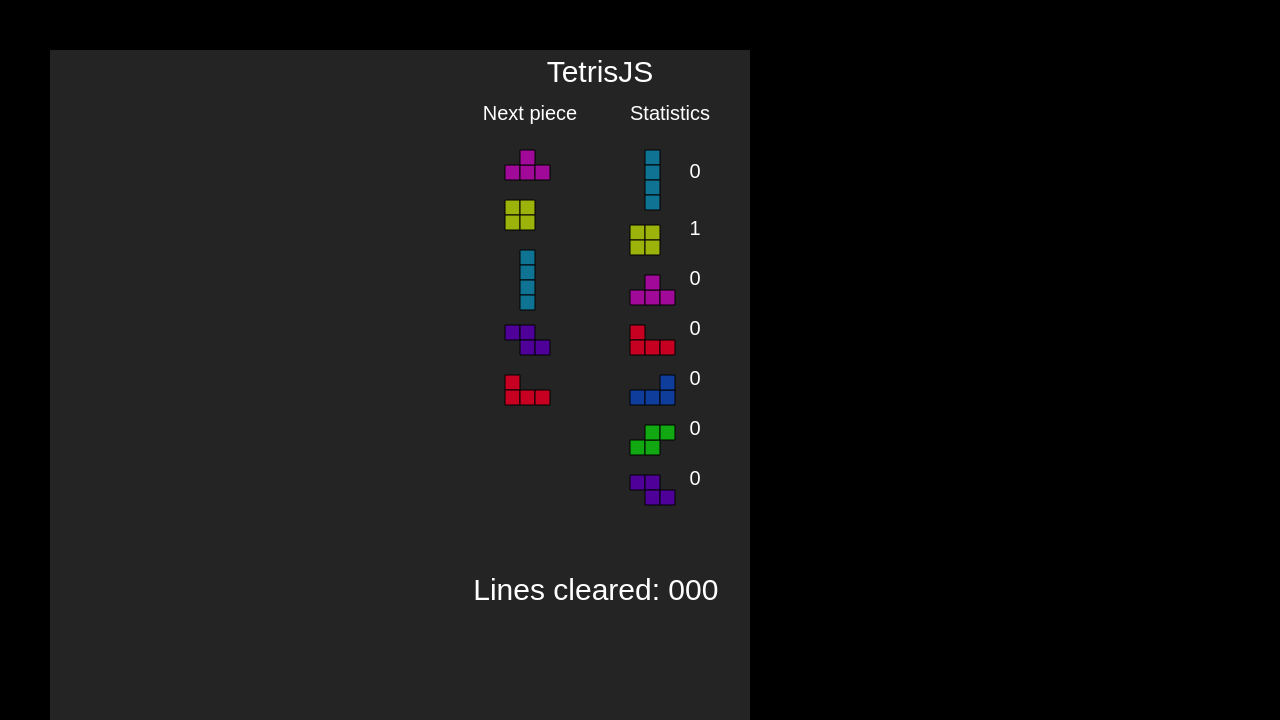
Repository: hosua/TetrisJS
Page: index.html
These files come from the project's save history. The page is drawn as it stood at one moment and after the next save; the edit follows.
The browser window is 1280 px wide. The pictures show the whole page.

Above is the page before, as saved 2023-11-07 20:09:24.
Console error: TypeError: Cannot read properties of undefined (reading 'toString')

### index.html
<html lang="en">
	<link rel="stylesheet" href="style.css">
	<head>
		<meta charset="UTF-8" />
		<meta name="viewport" content="width=device-width, initial-scale=1.0" />
		<title>TetrisJS</title>
	</head>
	<body>
		<canvas id="background-canvas" width="700" height="800"></canvas>
		<canvas id="tetris-canvas" width="400" height="800"></canvas>

		<script type="module" src="./src/main.js"></script>
	</body>
</html>

### src/main.js
import { GFX, Tetris, Tetronimo, P_TYPE, KEY } from "./Tetris.js"

const FALL_TICK = 200; // If we ever implement levels, this determines the difficulty
const DELAY_TICK = 200; // additional wait time after a piece lands
const CLEAR_DELAY = 200; // additional wait time before a line is cleared

let gfx = new GFX();
let tetris = new Tetris(15);

function handle_input(e) {
	let keycode = e.keyCode;
	console.log(`Pressing ${keycode}`);
	switch (keycode) {
		case KEY.LEFT:
		case KEY.RIGHT:
		case KEY.DOWN:
			tetronimo.move(keycode, tetris);
			break;
		case KEY.X:
		case KEY.Z:
			tetronimo.rotate(keycode, tetris);
			break;
		case KEY.SPACE:
			tetronimo.hard_drop(tetris);
			break;
	}
	gfx.draw_all_game_elements(tetris.grid, tetronimo);
}

document.addEventListener('keydown', (e) => { return handle_input(e); });

let tetronimo = tetris.queue.shift();
tetris.piece_counter[tetronimo.type]++;

while (true) {
	while (!tetris.check_gameover()) {
		gfx.draw_ui_all(tetris);
		while (tetronimo.fall(tetris.grid)) {
			gfx.draw_all_game_elements(tetris.grid, tetronimo);
			await new Promise(resolve => setTimeout(resolve, tetris.fall_tick));
			console.log(`fall tick: ${tetris.fall_tick}`);
		}
		tetronimo = tetris.queue.shift();
		tetris.queue.push(tetris.spawn_rand_piece());
		tetris.piece_counter[tetronimo.type]++;

		let lines_cleared_this_turn = tetris.clear_lines();
		if (lines_cleared_this_turn > 0) {
			await new Promise(resolve => setTimeout(resolve, CLEAR_DELAY));
			gfx.draw_all_game_elements(tetris.grid, tetronimo);
			tetris.score_keeper(lines_cleared);
		}
		await new Promise(resolve => setTimeout(resolve, DELAY_TICK));
	}
	gfx = new GFX();
	tetris = new Tetris();
}

### src/Tetris.js
const bg_canvas = document.getElementById("background-canvas");
const tetris_canvas = document.getElementById("tetris-canvas");

const BG_COLOR = "#242424";
const FIELD_COLOR = "grey";
const PLAYFIELD_YMAX = 25;
const PLAYFIELD_XMAX = 10;
const Y_OFF = 5;

export const KEY = {
	SPACE: 32, 								// hard drop
	LEFT: 37, UP: 38, RIGHT: 39, DOWN: 40,  // move piece
	C: 67, 									// hold piece
	P: 80, 									// pause
	X: 88, 									// rotate right
	Z: 90, 									// rotate left
};

export const P_TYPE = {
	NONE: 0,
	I: 1, O: 2, T: 3, S: 4,
	Z: 5, J: 6, L: 7,
}

const P_COLORS = {
	[P_TYPE.I]: "#0f7394", [P_TYPE.O]: "#9cb30b", [P_TYPE.T]: "#a10a99",
	[P_TYPE.S]: "#11a811", [P_TYPE.Z]: "#4f0099", [P_TYPE.J]: "#c70021",
	[P_TYPE.L]: "#0e3d9c",
}

export class Tetronimo {
	constructor(piece_type) {
		this.type = piece_type;
		this.origin = [0, 0];
		this.blocks = Array(4).fill([0, 0]); // block positions relative to origin
		this.spawn_piece();
	}

	print() {
		console.log(this.origin);
		console.log(this.blocks);
	}

	// Since collision detection can usually be solved by checking mins and maxes, some helper methods
	// for getting them are implemented
	min_x() {
		let res = Number.MAX_SAFE_INTEGER;
		for (let block of this.blocks)
			res = Math.min(res, block[0] + this.origin[0]);
		return res;
	}

	max_x() {
		let res = Number.MIN_SAFE_INTEGER;
		for (let block of this.blocks)
			res = Math.max(res, block[0] + this.origin[0]);
		return res;
	}

	min_y() {
		let res = Number.MAX_SAFE_INTEGER;
		for (let block of this.blocks)
			res = Math.min(res, block[1] + this.origin[1]);
		return res;
	}

	max_y() {
		let res = Number.MIN_SAFE_INTEGER;
		for (let block of this.blocks)
			res = Math.max(res, block[1] + this.origin[1]);
		return res;
	}

	// check if valid move by making a copy of the tetronimo's new position and checking if there is
	// any overlap with the grid.
	// Returns true if the new move is valid
	check_move(grid, dx, dy) {
		for (let block of this.blocks) {
			let nx = this.origin[0] + dx + block[0];
			let ny = this.origin[1] + dy + block[1];
			if (grid[ny][nx] !== P_TYPE.NONE)
				return false;
		}
		return true;
	}

	spawn_piece() {
		this.origin = [5, 4];
		switch (this.type) {
			case P_TYPE.I:
				this.blocks = [[0, -1], [0, 0], [0, 1], [0, 2]];
				break;
			case P_TYPE.O:
				this.blocks = [[-1, -1], [-1, 0], [0, -1], [0, 0]];
				break;
			case P_TYPE.T:
				this.blocks = [[-1, 0], [0, 0], [1, 0], [0, -1]];
				break;
			case P_TYPE.S:
				this.blocks = [[-1, 0], [0, 0], [0, -1], [1, -1]];
				break;
			case P_TYPE.Z:
				this.blocks = [[-1, -1], [0, -1], [0, 0], [1, 0]];
				break;
			case P_TYPE.J:
				this.blocks = [[-1, -1], [-1, 0], [0, 0], [1, 0]];
				break;
			case P_TYPE.L:
				this.blocks = [[-1, 0], [0, 0], [1, 0], [1, -1]];
				break;
		}
	}

	// This will check the grid to see if the piece can fall down. If it can, it will move piece down once.
	// returns true if still falling
	fall(grid) {
		let can_fall = true;
		for (let block of this.blocks) {
			let x = this.origin[0] + block[0];
			let y = this.origin[1] + block[1];
			// console.log(x, y);
			// check if min y pos is at bottom
			if (y === PLAYFIELD_YMAX - 1) { // at bottom
				can_fall = false;
			} else if (grid[y + 1][x] !== P_TYPE.NONE) { // if below piece is non-empty
				can_fall = false;
			}
			if (!can_fall)
				break;
		}


		if (can_fall) {
			// move down
			this.origin[1] += 1;
		} else {
			// set to grid
			for (let block of this.blocks) {
				let x = this.origin[0] + block[0];
				let y = this.origin[1] + block[1];
				grid[y][x] = this.type;
			}
		}

		return can_fall;
	}

	move(keycode, tetris) {

		switch (keycode) {
			case KEY.LEFT:
				if (this.min_x() > 0 && this.check_move(tetris.grid, -1, 0))
					this.origin[0]--;
				break;
			case KEY.DOWN:
				if (this.max_y() < PLAYFIELD_YMAX - 1 && this.check_move(tetris.grid, 0, +1)) {
					this.origin[1]++;
					tetris.score += 1; // This will add 1 extra point for every block hard/soft dropped.
				}
				break;
			case KEY.RIGHT:
				if (this.max_x() < PLAYFIELD_XMAX - 1 && this.check_move(tetris.grid, +1, 0))
					this.origin[0]++;
				break;
			case KEY.UP: // This should be removed when were no longer testing
				if (this.max_y() > 0 && this.check_move(tetris.grid, 0, -1))
					this.origin[1]--;
				break;
			default:
				console.log("Error: Move has wrong key: ", keycode);
				break;
		}
	}

	rotate(keycode, tetris) {
		// We cannot rotate O
		if (this.type === P_TYPE.O)
			return;

		// Returns the rotated version of the blocks.
		const get_rotated = (keycode) => {
			// This is a separate function because we want a copy of the rotated
			// piece before actually rotating it to check if the rotation overlaps
			// with another piece, or falls outside the boundaries of the tetris.grid.
			let rotated = this.blocks.map((coord) => { return coord.slice() }); // create hard copy
			if (keycode === KEY.Z) {
				for (let coord of rotated) {
					let x = coord[0];
					let y = coord[1];
					coord[0] = y;
					coord[1] = -x;
				}
			} else if (keycode === KEY.X) {
				for (let coord of rotated) {
					let x = coord[0];
					let y = coord[1];
					coord[0] = -y;
					coord[1] = x;
				}
			}
			return rotated;
		}

		let can_rotate = true;
		let rotated = get_rotated(keycode);
		for (let rot of rotated) {
			let rx = this.origin[0] + rot[0];
			let ry = this.origin[1] + rot[1];
			// first, check if rotated position is within the boundaries of the grid
			if (rx < 0 || rx >= PLAYFIELD_XMAX || ry < 0 || ry >= PLAYFIELD_YMAX) {
				can_rotate = false;
				break;
			}
			// second, check if the rotated position overlaps with any
			// other pieces already on the grid
			if (tetris.grid[ry][rx] !== P_TYPE.NONE) {
				can_rotate = false;
				break;
			}
		}
		if (can_rotate)
			this.blocks = rotated;
	}

	hard_drop(tetris) {
		while (this.fall(tetris.grid)) {
			this.move(KEY.DOWN, tetris);
		}
	}
}

// Actual Tetris Logic
export class Tetris {
	constructor(start_level = 0) {
		this.grid = Array(PLAYFIELD_YMAX).fill().map(
			() => Array(PLAYFIELD_XMAX).fill(P_TYPE.NONE)
		);
		this.piece_counter = { [P_TYPE.I]: 0, [P_TYPE.O]: 0, [P_TYPE.T]: 0, [P_TYPE.J]: 0, [P_TYPE.L]: 0, [P_TYPE.S]: 0, [P_TYPE.Z]: 0 }

		this.score = 0;
		this.level = start_level;
		this.lines_cleared = 0;
		this.tetris_count = 0;
		this.fall_tick = 0; // ms per grid
		this.update_fall_speed();

		this.queue = [];
		this.populate_queue()
	}

	print_grid() { console.log(this.grid); }

	populate_queue(n = 10) {
		this.queue = [];
		for (let i = 0; i < n; i++)
			this.queue.push(this.spawn_rand_piece())
	}

	// If any pieces land above where the game renders, it's game over
	check_gameover() {
		for (let y = 3; y < 5; y++) {
			for (let x = 0; x < PLAYFIELD_XMAX; x++) {
				if (this.grid[y][x] !== P_TYPE.NONE) {
					console.log("Game over!");
					return true;
				}
			}
		}
		return false;
	}

	spawn_rand_piece() {
		let rand_type = Math.round(Math.random() * (P_TYPE.L - 1) + 1);
		return new Tetronimo(rand_type);
	}

	// checks and clears all full lines, returns how many lines were cleared
	clear_lines() {
		console.log("Checking for full lines");
		let lines_cleared = 0;
		// Do a downward scan to see if line is full
		for (let y = 5; y < PLAYFIELD_YMAX; y++) {
			console.log(`y: ${y}`);
			let is_full = true;

			// scan the line
			for (let x = 0; x < PLAYFIELD_XMAX; x++) {
				if (this.grid[y][x] === P_TYPE.NONE) {
					is_full = false;
					break;
				}
			}

			if (is_full) {
				console.log(`Detected full line at ${y}`);
				// clear the current line
				for (let x = 0; x < PLAYFIELD_XMAX; x++) {
					this.grid[y][x] = P_TYPE.NONE;
				}
				// shift all lines above from current y coordinate down 1
				for (let yy = y; yy >= 5; yy--) {
					this.grid[yy] = this.grid[yy - 1]
				}
				lines_cleared++; // will be used for scoring when it's implemented
			}
		}
		return lines_cleared;
	}

	score_keeper(lines_cleared) {
		// n = level
		// 1 line 		2 line 			3 line 			4 line
		// 40 * (n + 1)	100 * (n + 1)	300 * (n + 1)	1200 * (n + 1)
		switch (lines_cleared) {
			case 1:
				this.score += 40 * (this.level + 1);
				break;
			case 2:
				this.score += 100 * (this.level + 1);
				break;
			case 3:
				this.score += 300 * (this.level + 1);
				break;
			case 4:
				this.score += 1200 * (this.level + 1);
				break;
		}
	}

	// When level up happens, speed up the fall speed.
	update_fall_speed() {
		if (this.level < 9)
			this.fall_tick = (48 - (5 * (this.level + 1))) * 61;
		else if (this.level == 9)
			this.fall_tick = 6 * 61;
		else if (this.level < 13)
			this.fall_tick = 5 * 61;
		else if (this.level < 16)
			this.fall_tick = 4 * 61;
		else if (this.level < 16)
			this.fall_tick = 3 * 61;
		else if (this.level < 19)
			this.fall_tick = 2 * 61;
		else
			this.fall_tick = 1 * 61;
	}
}

// Tetronimo objects for drawing UI
const TET_UI = [
	new Tetronimo(P_TYPE.I),
	new Tetronimo(P_TYPE.O),
	new Tetronimo(P_TYPE.T),
	new Tetronimo(P_TYPE.J),
	new Tetronimo(P_TYPE.L),
	new Tetronimo(P_TYPE.S),
	new Tetronimo(P_TYPE.Z),
]

export class GFX {
	constructor() {
		bg_canvas.style.position = "absolute";
		tetris_canvas.style.position = "absolute";
		bg_canvas.style.top = "50";
		bg_canvas.style.left = "50";
		tetris_canvas.style.top = "50";
		tetris_canvas.style.left = "50";
		this.ui_offset = tetris_canvas.width;
		this.ui_width = bg_canvas.width - tetris_canvas.width;
	}


	draw_playfield() {
		const ctx = tetris_canvas.getContext("2d");
		ctx.fillStyle = FIELD_COLOR;
		ctx.fillRect(0, 0, tetris_canvas.width, tetris_canvas.height);
	}

	draw_gridlines() {
		const ctx = tetris_canvas.getContext("2d");
		const horiz_inc = tetris_canvas.height / 20;
		const vert_inc = tetris_canvas.width / 10;

		// Draw horizontal lines
		for (let y = 0; y < tetris_canvas.height; y += horiz_inc) {
			ctx.beginPath();
			ctx.moveTo(0, y);
			ctx.lineTo(tetris_canvas.width, y);
			ctx.stroke();
		}
		// Draw vertical lines
		for (let x = 0; x < tetris_canvas.width; x += vert_inc) {
			ctx.beginPath();
			ctx.moveTo(x, 0);
			ctx.lineTo(x, tetris_canvas.height);
			ctx.stroke();
		}
	}

	// Draw the actual pieces and shit on the 2d grid (except the piece currently in motion)
	draw_grid_elements(grid) {
		const ctx = tetris_canvas.getContext("2d");
		const horiz_inc = tetris_canvas.height / 20;
		const vert_inc = tetris_canvas.width / 10;

		for (let y = PLAYFIELD_YMAX - 1; y >= PLAYFIELD_YMAX - 20; y--) {
			for (let x = 0; x < PLAYFIELD_XMAX; x++) {
				// dx, dy are drawing coords
				let dx = x * horiz_inc;
				let dy = (y - Y_OFF) * vert_inc;
				if (grid[y][x] != P_TYPE.NONE) {
					ctx.fillStyle = P_COLORS[grid[y][x]];
					ctx.beginPath();
					ctx.rect(dx, dy, horiz_inc, vert_inc);
					ctx.fill();
					ctx.stroke();
				}
			}
		}
	}

	// this will draw the tetronimo in motion
	// We are avoiding putting the tetronimo on the actual grid until it lands, this way we don't
	// have to handle creating and destroying the blocks every time it shifts down once.
	draw_falling_tetronimo(tetronimo) {
		const ctx = tetris_canvas.getContext("2d");
		const horiz_inc = tetris_canvas.height / 20;
		const vert_inc = tetris_canvas.width / 10;

		let origin = tetronimo.origin;
		let blocks = tetronimo.blocks;
		let p_type = tetronimo.type;

		ctx.fillStyle = P_COLORS[p_type];
		for (let block of blocks) {
			let dx = (origin[0] + block[0]) * horiz_inc;
			let dy = (origin[1] + block[1] - Y_OFF) * vert_inc;
			ctx.beginPath();
			ctx.rect(dx, dy, horiz_inc, vert_inc);
			ctx.fill();
			ctx.stroke();
		}
	}

	draw_all_game_elements(grid, tetronimo) {
		// this.draw_background();
		this.draw_playfield();
		this.draw_grid_elements(grid);
		this.draw_gridlines();
		this.draw_falling_tetronimo(tetronimo);
	}

	/* UI drawing methods below */

	draw_ui_all(tetris) {
		this.draw_ui_background();
		this.draw_ui_text("TetrisJS", 30, this.ui_offset + (this.ui_width / 2), 32);
		this.draw_ui_stats(tetris.piece_counter);
		this.draw_ui_queue(tetris);
		this.draw_ui_text("Made by Hoswoo", 20, this.ui_offset + (this.ui_width / 2), bg_canvas.height - 15);
		this.draw_ui_score(tetris);
		this.draw_ui_level(tetris);
		this.draw_lines_cleared(tetris);
	}

	draw_ui_background() {
		const ctx = bg_canvas.getContext("2d");
		ctx.fillStyle = BG_COLOR;
		ctx.fillRect(0, 0, bg_canvas.width, bg_canvas.height);
	}

	draw_ui_mini_piece(tetronimo, x, y) {
		const ctx = bg_canvas.getContext("2d");
		const dim = 15;
		const x_off = -100;
		const y_off = -625;

		let origin = tetronimo.origin;
		let blocks = tetronimo.blocks;
		let p_type = tetronimo.type;

		ctx.fillStyle = P_COLORS[p_type];

		for (let block of blocks) {
			let dx = x + x_off + (origin[0] + block[0]) * dim;
			let dy = y + y_off + (origin[1] + block[1]) * dim;
			ctx.beginPath();
			ctx.rect(dx, dy, dim, dim);
			ctx.fill();
			ctx.stroke();
		}
	}

	draw_ui_text(text, size, x, y) {
		const ctx = bg_canvas.getContext("2d");
		ctx.font = size.toString() + "px Arial";
		ctx.textAlign = "center";
		ctx.fillStyle = "white";
		ctx.fillText(text, x, y);
	}

	draw_ui_queue(tetris, count = 5) { // Draw 'count' next pieces
		let x = this.ui_offset + 80;
		let y = this.ui_offset + 280;
		let y_inc = 50;

		this.draw_ui_text("Next piece", 20, x, 70);
		for (let i = 0; i < count; i++) {
			let piece = tetris.queue[i];
			this.draw_ui_mini_piece(piece, x + 15, y);
			if (piece.type == P_TYPE.I)
				y += 25;
			y += y_inc;
		}
	}

	draw_ui_stats(piece_counter) {
		let x = this.ui_offset + 220;
		let x_gap = 25;
		let y = this.ui_offset + 355;
		let y_inc = 50;
		let i_piece = TET_UI[0];

		this.draw_ui_text("Statistics", 20, x, 70);
		this.draw_ui_mini_piece(i_piece, x, this.ui_offset + 280);
		this.draw_ui_text(piece_counter[P_TYPE.I].toString(), 20, x + x_gap, 128);

		let dy = 185;
		let dy_inc = 50;
		for (let i = 1; i < TET_UI.length; i++) {
			let piece = TET_UI[i];
			this.draw_ui_mini_piece(piece, x, y);
			this.draw_ui_text(piece_counter[piece.type], 20, x + x_gap, dy);
			y += y_inc;
			dy += dy_inc;
		}
	}

	draw_ui_score(tetris) {
		let x = this.ui_offset + 100;
		let y = 725;
		let y_inc = 25;
		this.draw_ui_text(`SCORE`, 20, x - 48, y);
		this.draw_ui_text(`${tetris.score.toString().padStart(10, '0')}`, 30, x, y + y_inc);
	}

	draw_ui_level(tetris) {
		let x = this.ui_offset + 285;
		let y = 725;
		let y_inc = 25;
		this.draw_ui_text(`LEVEL`, 20, x - 48, y);
		this.draw_ui_text(`${tetris.level.toString().padStart(2, '0')}`, 30, x - 65, y + y_inc);
	}

	draw_lines_cleared(tetris) { // also displays tetris count
		let x = this.ui_offset + 150;
		let y = 550;
		let y_inc = 50;
		this.draw_ui_text(`Lines cleared: ${tetris.lines_cleared.toString().padStart(3, '0')} `, 30, x, y);
		this.draw_ui_text(`Tetris: `)
	}
}

Loaded but not shown: style.css (common file)

After the next save:
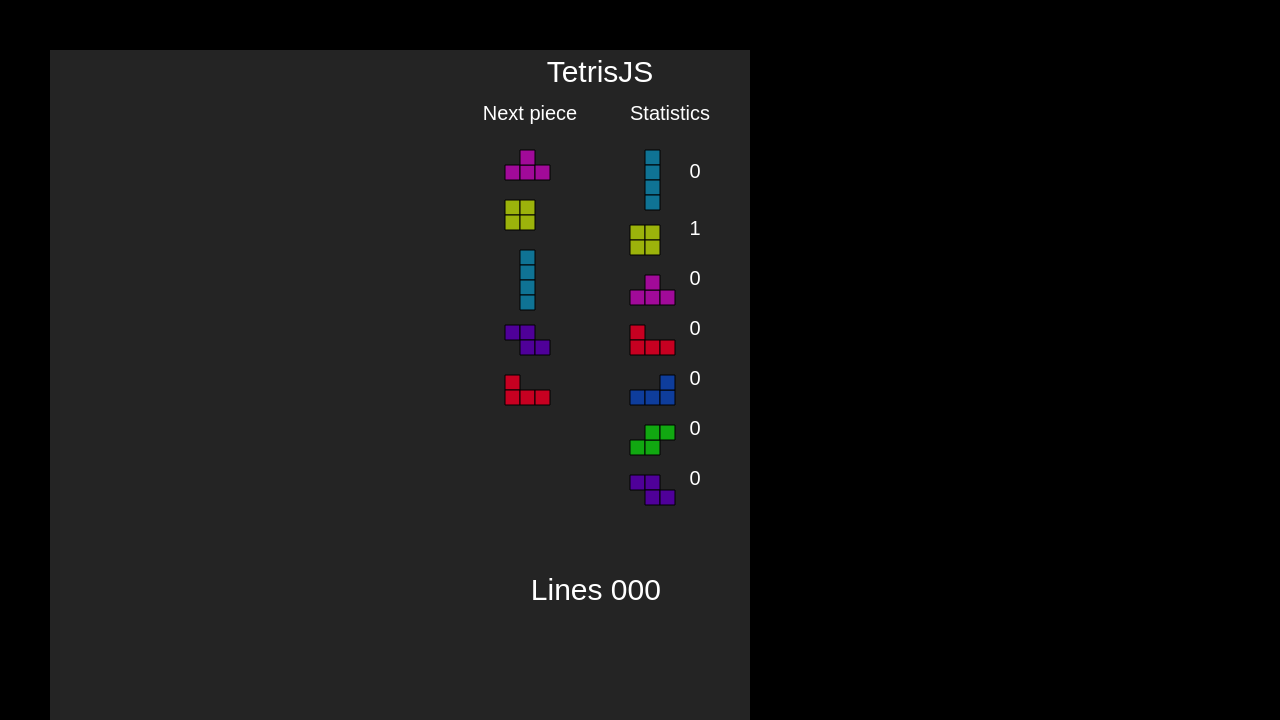
Saved 11 s later.
--- a/src/Tetris.js
+++ b/src/Tetris.js
@@ -556,7 +556,7 @@
 		let x = this.ui_offset + 150;
 		let y = 550;
 		let y_inc = 50;
-		this.draw_ui_text(`Lines cleared: ${tetris.lines_cleared.toString().padStart(3, '0')} `, 30, x, y);
+		this.draw_ui_text(`Lines ${tetris.lines_cleared.toString().padStart(3, '0')} `, 30, x, y);
 		this.draw_ui_text(`Tetris: `)
 	}
 }
